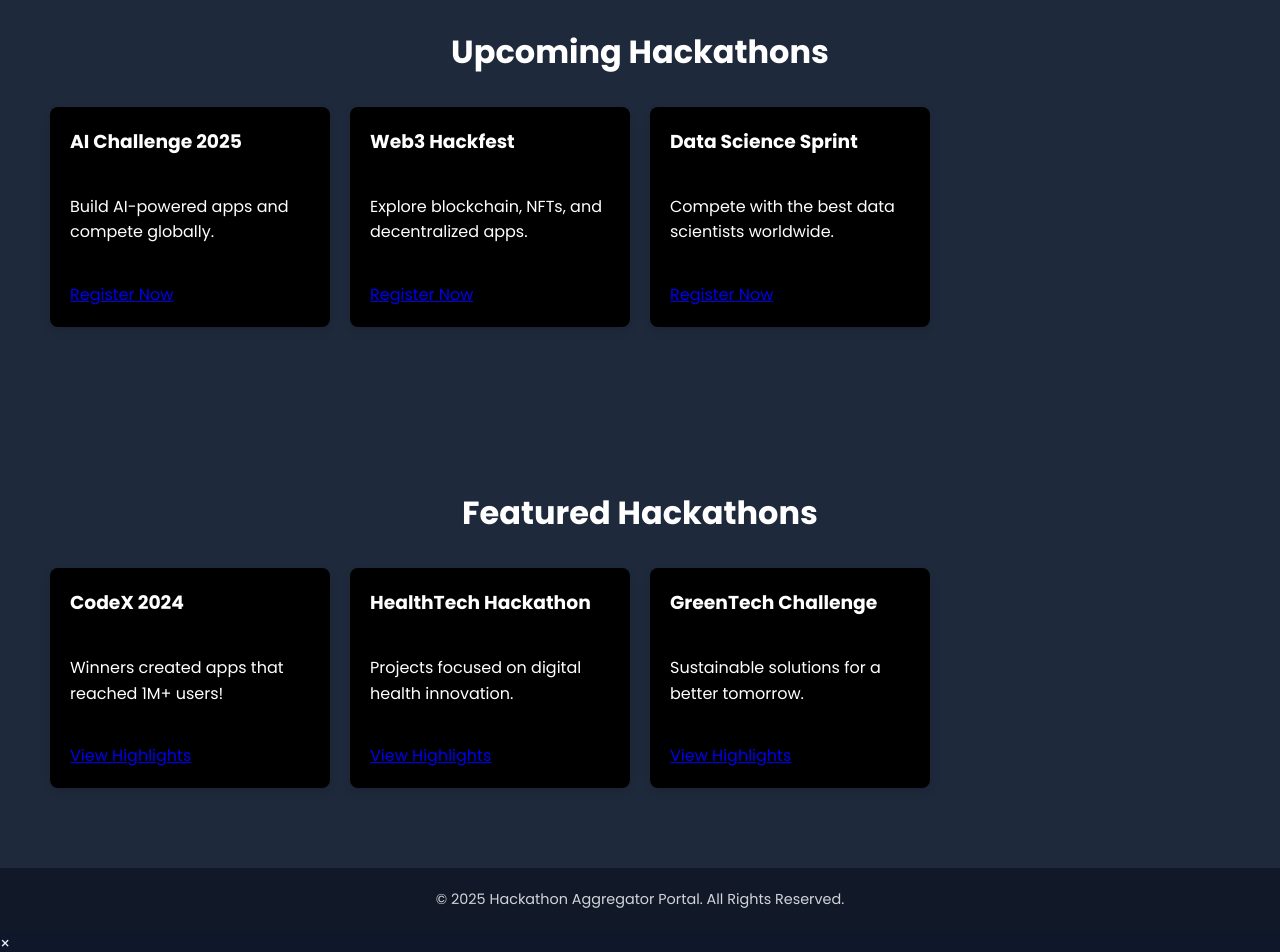
Repository: masihuddin-tech/Hackathon-Project
Page: index.html
An editor plug-in stored every save of this project. The page is shown before and after a run of saves, followed by the edit.
The browser window is 1280 px wide. The pictures show the part of the page from y = 774 to 1726 px (the page is 1885 px tall).
Backgrounds fixed to the window are drawn as part of the page.

Above is the page before, as saved 2025-09-04 10:34:53.
Not found: app.js

### index.html
<!DOCTYPE html>
<html lang="en">
<head>
  <meta charset="UTF-8" />
  <meta name="viewport" content="width=device-width, initial-scale=1.0" />
  <title>Hackathon Aggregator Portal</title>
  <link rel="stylesheet" href="style.css" />
  <link href="https://fonts.googleapis.com/css2?family=Poppins:wght@400;600;700&display=swap" rel="stylesheet" />
</head>
<body>

  <!-- Navbar -->
<header class="navbar">
  <div class="logo">HackPortal</div>
  <nav>
    <div class="nav-links">
      <a href="#current">Current Hackathons</a>
      <a href="#past">Featured Hackathons</a>
    </div>
    <div class="nav-buttons">
      <a href="login.html" id="login-btn" class="login-btn">Log In</a>
      <a href="signup.html" id="signup-btn" class="signup-btn">Sign Up</a>
    </div>
  </nav>

</header>

  <!-- Hero Section with Parallax -->
  <section class="hero">
    <div class="hero-content">
      <h1>Discover Your Next Big Coding Challenge</h1>
      <p>Join exciting hackathons, build innovative projects, and connect with the coding community.</p>
      <a href="#current" class="btn-secondary">Explore Hackathons</a>
    </div>
  </section>

  <!-- Current Hackathons -->
<section id="current" class="hackathons-section">
  <h2>Upcoming Hackathons</h2>
  <div class="hackathon-grid" id="current-hackathons">
    <!-- Dummy Cards -->
    <div class="card">
      <h3>AI Challenge 2025</h3>
      <p>Build AI-powered apps and compete globally.</p>
      <a href="#">Register Now</a>
    </div>
    <div class="card">
      <h3>Web3 Hackfest</h3>
      <p>Explore blockchain, NFTs, and decentralized apps.</p>
      <a href="#">Register Now</a>
    </div>
    <div class="card">
      <h3>Data Science Sprint</h3>
      <p>Compete with the best data scientists worldwide.</p>
      <a href="#">Register Now</a>
    </div>
  </div>
</section>

<!-- Past Hackathons -->
<section id="past" class="hackathons-section">
  <h2>Featured Hackathons</h2>
  <div class="hackathon-grid" id="past-hackathons">
    <!-- Dummy Cards -->
    <div class="card">
      <h3>CodeX 2024</h3>
      <p>Winners created apps that reached 1M+ users!</p>
      <a href="#">View Highlights</a>
    </div>
    <div class="card">
      <h3>HealthTech Hackathon</h3>
      <p>Projects focused on digital health innovation.</p>
      <a href="#">View Highlights</a>
    </div>
    <div class="card">
      <h3>GreenTech Challenge</h3>
      <p>Sustainable solutions for a better tomorrow.</p>
      <a href="#">View Highlights</a>
    </div>
  </div>
</section>


  <!-- Footer -->
  <footer>
    <p>© 2025 Hackathon Aggregator Portal. All Rights Reserved.</p>
  </footer>

  <!-- Login Modal -->
  <div class="modal hidden" id="login-modal">
    <div class="modal-content">
      <span class="close" id="login-close">&times;</span>
      <h2>Login</h2>
      <input type="email" id="login-email" placeholder="Email" />
      <input type="password" id="login-password" placeholder="Password" />
      <button id="login-submit">Login</button>
    </div>
  </div>

  <!-- Signup Modal -->
  <div class="modal hidden" id="signup-modal">
    <div class="modal-content">
      <span class="close" id="signup-close">&times;</span>
      <h2>Sign Up</h2>
      <input type="email" id="signup-email" placeholder="Email" />
      <input type="password" id="signup-password" placeholder="Password" />
      <button id="signup-submit">Sign Up</button>
    </div>
  </div>

  <script src="app.js" type="module"></script>
</body>
</html>

### style.css
/* Reset */
* {
  margin: 0;
  padding: 0;
  box-sizing: border-box;
}

html {
  scroll-behavior: smooth;
}

body {
  font-family: 'Poppins', sans-serif;
  background: #0f172a; /* dark base */
  color: #f1f5f9;
  line-height: 1.6;
}

/* Navbar */
.navbar {
  position: fixed;
  top: 0;
  left: 0;
  width: 100%;
  background: rgba(17, 17, 17, 0.85);
  backdrop-filter: blur(10px);
  color: white;
  display: flex;
  align-items: center;
  justify-content: space-between;
  padding: 15px 50px;
  z-index: 1000;
}

/* Logo left aligned */
.navbar .logo {
  font-size: 2rem;
  font-weight: 700;
  color: white;
  flex: 0 0 auto;
}

/* Nav container */
.navbar nav {
  flex: 1 1 auto;
  display: flex;
  justify-content: center;
  align-items: center;
  gap: 40px;
  position: relative;
}

/* Nav links center */
.navbar nav .nav-links {
  display: flex;
  gap: 30px;
  margin-left: -200px; /* slight left shift */
}

/* Login / Signup right */
.navbar nav .nav-buttons {
  position: absolute;
  right: -30px;
  top: 50%;
  transform: translateY(-50%);
  display: flex;
  gap: 10px;
}

/* General nav link style */
.navbar nav a {
  padding: 8px 18px;
  border: 2px solid white;
  border-radius: 30px;
  color: white;
  text-decoration: none;
  font-weight: 600;
  transition: all 0.3s ease;
  cursor: pointer;
  white-space: nowrap;
}

/* Hover effect */
.navbar nav a:hover {
  background: linear-gradient(135deg, #6366f1, #8b5cf6);
  border-color: transparent;
  box-shadow: 0 0 12px rgba(139, 92, 246, 0.7);
}

/* Login button */
#login-btn, #signup-btn {
  border: none;
  background: linear-gradient(135deg, #6366f1, #8b5cf6);
  color: white;
  border-radius: 30px;
  padding: 8px 18px;
  font-weight: 600;
  transition: all 0.3s ease;
}

#login-btn:hover, #signup-btn:hover {
  background: linear-gradient(135deg, #8b5cf6, #6366f1);
  box-shadow: 0 0 15px rgba(99, 102, 241, 0.8);
  transform: scale(1.05);
}

/* Responsive */
@media (max-width: 768px) {
  .navbar {
    flex-wrap: wrap;
    padding: 10px 20px;
  }
  .navbar nav {
    flex-basis: 100%;
    justify-content: center;
    margin: 10px 0;
    position: static;
  }
  .navbar nav .nav-buttons {
    position: static;
    margin-top: 10px;
    justify-content: center;
    width: 100%;
  }
}

/* Hero Section */
.hero {
  background: linear-gradient(
      rgba(17, 17, 17, 0.6),
      rgba(17, 17, 17, 0.6)
    ),
    url('https://images.unsplash.com/photo-1555066931-4365d14bab8c?fit=crop&w=1600&q=80') center/cover fixed;
  height: 100vh;
  display: flex;
  align-items: center;
  justify-content: center;
  text-align: center;
  color: white;
  position: relative;
}

.hero h1 {
  font-size: 3.5rem;
  font-weight: 800;
  margin-bottom: 15px;
}

.hero p {
  font-size: 1.3rem;
  margin-bottom: 30px;
  color: #e5e7eb;
}

/* Hero Button */
.btn-secondary {
  padding: 12px 30px;
  border-radius: 8px;
  font-size: 1.1rem;
  font-weight: 600;
  background: linear-gradient(135deg, #6366f1, #8b5cf6);
  color: white;
  text-decoration: none;
  display: inline-block;
  transition: all 0.3s ease;
}

.btn-secondary:hover {
  background: linear-gradient(135deg, #8b5cf6, #6366f1);
  box-shadow: 0 0 18px rgba(139, 92, 246, 0.8);
}

/* Hackathon Cards */
.hackathons-section {
  padding: 80px 50px;
  background: #1e293b;
  color: white;
}

.hackathons-section h2 {
  text-align: center;
  font-size: 2rem;
  margin-bottom: 30px;
}

.hackathon-grid {
  display: grid;
  grid-template-columns: repeat(auto-fill, minmax(280px, 1fr));
  gap: 20px;
}

.card {
  background: rgb(0, 0, 0);
  border-radius: 8px;
  padding: 20px;
  box-shadow: 0 4px 8px rgba(0,0,0,0.1);
  transition: transform 0.3s, box-shadow 0.3s;
  min-height: 220px;  /* 🔥 Add this to increase card length */
  display: flex;
  flex-direction: column;
  justify-content: space-between; /* keeps button at bottom */
}


.card:hover {
  transform: translateY(-6px) scale(1.02);
  box-shadow: 0 12px 24px rgba(0,0,0,0.3);
}

/* Footer */
footer {
  background: #111827;
  color: #d1d5db;
  padding: 20px;
  text-align: center;
  font-size: 0.9rem;
}

After the next 3 saves:
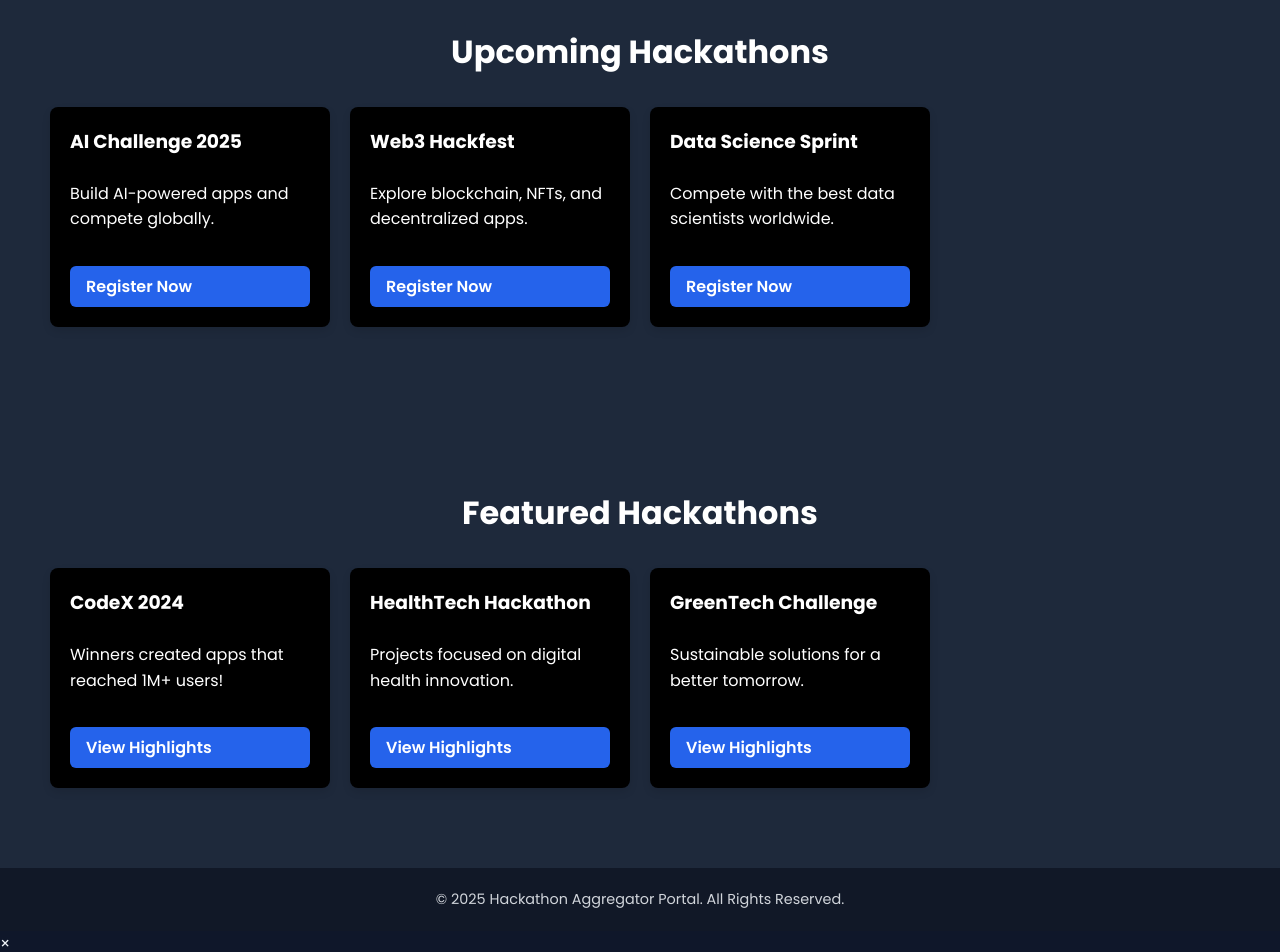
The 3 saves are shown as one change because they came seconds apart.
The last was saved 3 min 31 s later.
--- a/style.css
+++ b/style.css
@@ -201,11 +201,29 @@ body {
   justify-content: space-between; /* keeps button at bottom */
 }
 
-
 .card:hover {
   transform: translateY(-6px) scale(1.02);
   box-shadow: 0 12px 24px rgba(0,0,0,0.3);
 }
+
+.card a {
+  display: inline-block;
+  margin-top: 10px;
+  padding: 8px 16px;
+  background: #2563eb;   /* 🔵 rich blue background */
+  color: white;
+  font-weight: 600;
+  border-radius: 6px;
+  text-decoration: none;
+  transition: background 0.3s ease, transform 0.2s ease;
+}
+
+.card a:hover {
+  background: #1e40af;   /* darker blue on hover */
+  transform: scale(1.05); /* slight zoom effect */
+}
+
+
 
 /* Footer */
 footer {
